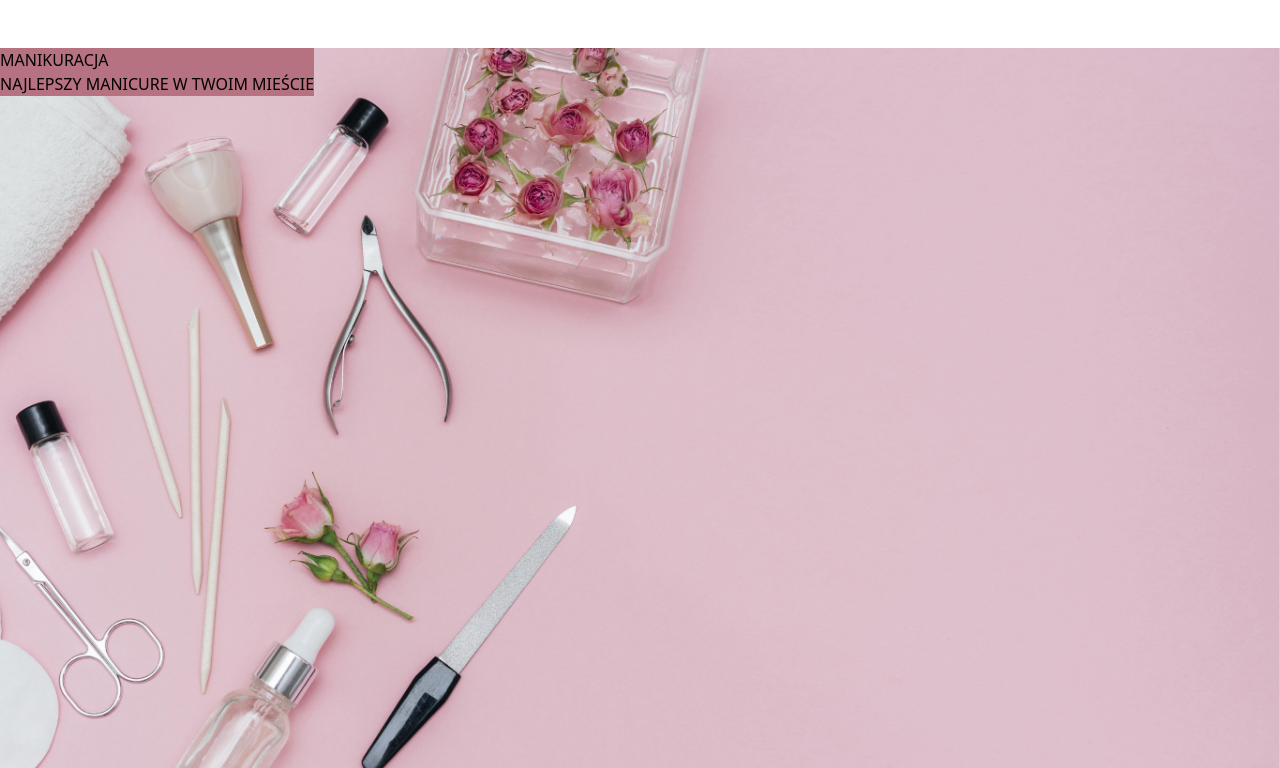
Repository: wesiudev/Manikuracja
Page: /
An editor plug-in stored every save of this project. The page is shown before and after the next save, followed by the edit.
The browser window is 1280 px wide. The pictures show the whole page.
The project was rebuilt for these pictures with package versions that can differ from the ones it lists, and the page was loaded fresh each time. The framework's server and built-in components were replaced by stand-ins that run in the browser. Also part of the build but not shown: next.config.ts.

Above is the page before, as saved 2025-02-28 18:33:29.

After the next save:
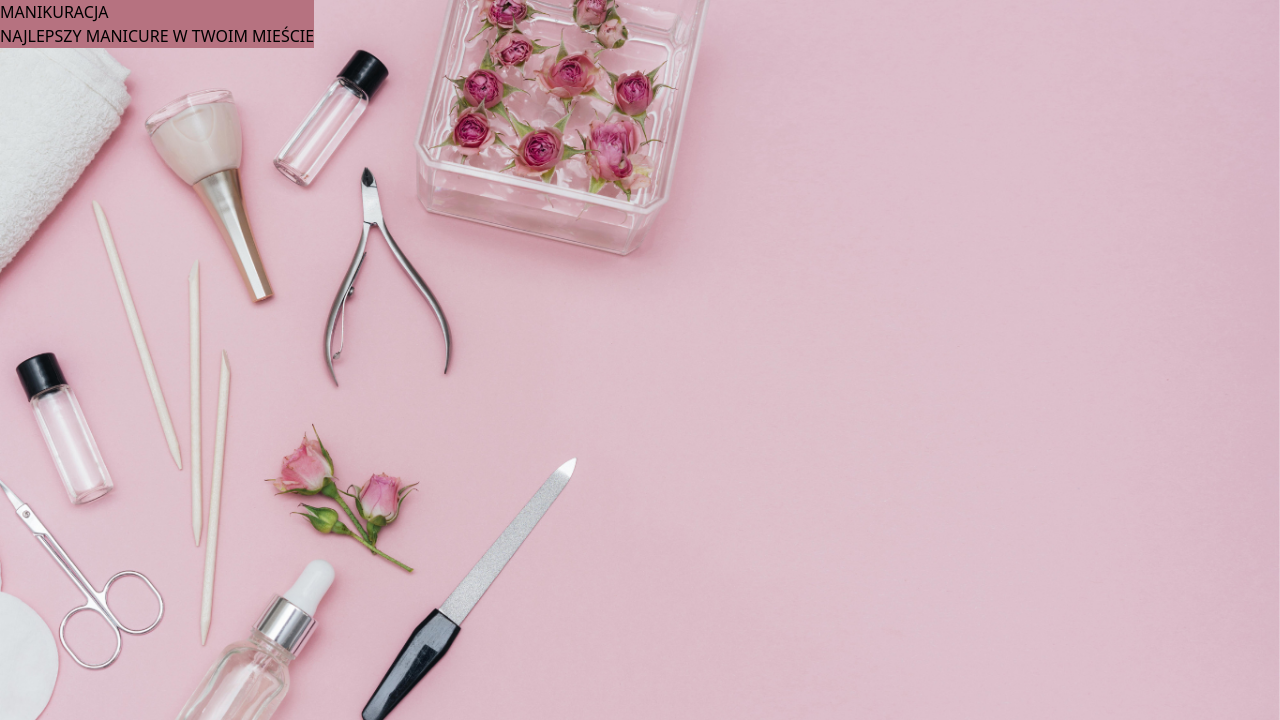
Saved 18 s later.
--- a/app/page.tsx
+++ b/app/page.tsx
@@ -4,7 +4,7 @@
   return (
     <div>
       <div className="h-screen w-full bg-background bg-cover">
-        <div className="w-max max-w-[90%] h-max my-12 bg-[#B67280]">
+        <div className="w-max max-w-[90%] h-max bg-[#B67280]">
           <h1>
             <span>MANIKURACJA</span>
             <br />
